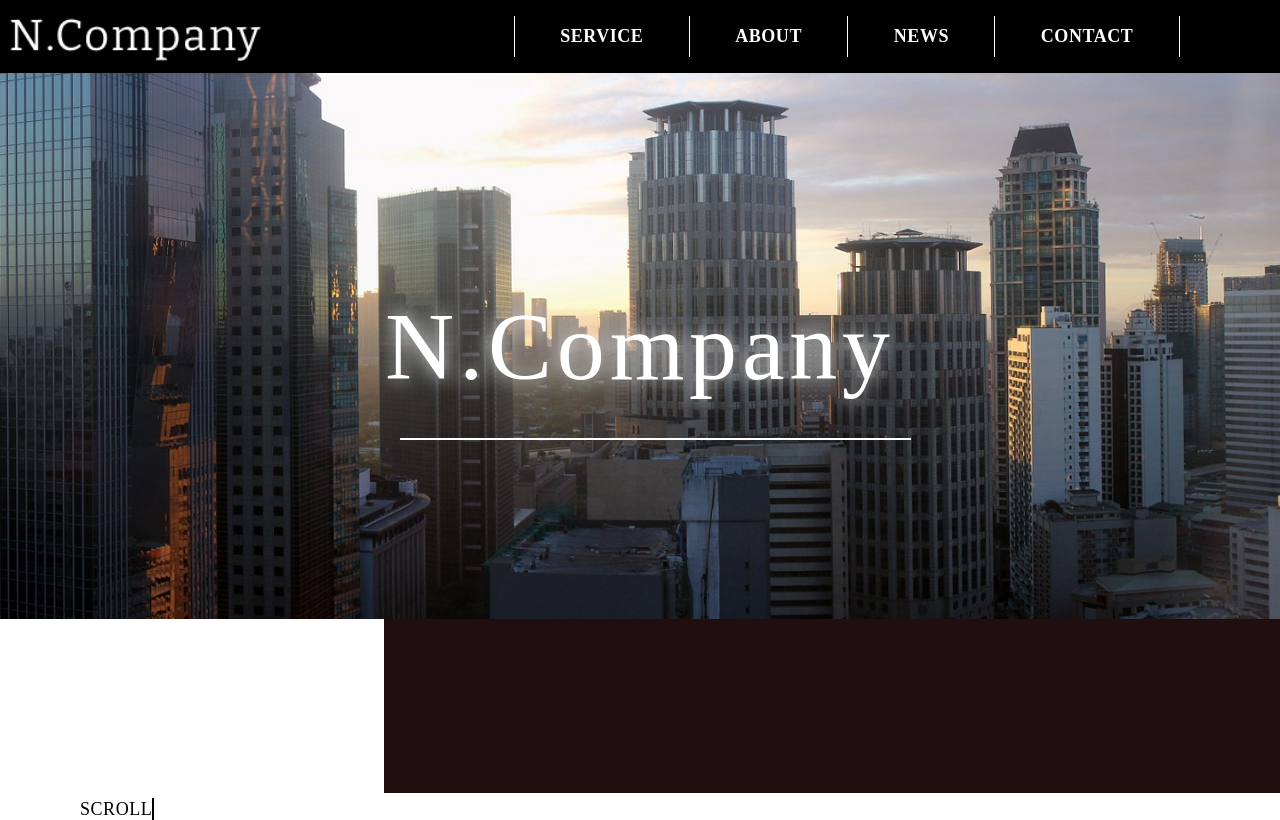
Repository: nozomi-23/hp2_test
Page: index.html
An editor plug-in stored every save of this project. The page is shown before and after the next save, followed by the edit.
The browser window is 1280 px wide. The pictures show the whole page.
Some web fonts or font styles are not loaded; a fallback is used.

Above is the page before, as saved 2022-06-24 17:02:22.

### index.html
<!DOCTYPE html>
<html lang="ja">
<head>
  <meta charset="UTF-8">
  <title>コンサル事業 N.Company</title>
  <meta name="description" content="専門知識豊富なコンサルタントチームがあらゆる経営課題を解決に導きます。">
  <meta name="keywords" content="コンサル,経営改善,サポート">
  <meta name="viewport" content="width=device-width, initial-scale=1.0">
  <meta property="og:title" content="コンサル事業 N.Company">
  <meta property="og:type" content="article">
  <meta property="og:url" content="https://withcode-plus.tech">
  <meta property="og:image" content="img/logo.png">
  <meta property="og:description" content="専門知識豊富なコンサルタントチームがあらゆる経営課題を解決に導きます。">
  <meta property="og:site_name" content="コンサル事業">
  <link rel="icon" href="favicon.ico">
  <link rel="apple-touch-icon" sizes="180x180" href="img/logo.png">
  <link rel="preconnect" href="https://fonts.googleapis.com">
  <link rel="preconnect" href="https://fonts.gstatic.com" crossorigin>
  <link rel="preconnect" href="https://fonts.googleapis.com">
  <link rel="preconnect" href="https://fonts.gstatic.com" crossorigin>
  <link rel="preconnect" href="https://fonts.googleapis.com">
  <link rel="preconnect" href="https://fonts.gstatic.com" crossorigin>
  <link href="https://fonts.googleapis.com/css2?family=Bitter:wght@300;400&display=swap" rel="stylesheet">
  <link href="https://fonts.googleapis.com/css2?family=Noto+Serif+JP:wght@400;500;700&display=swap" rel="stylesheet">
  <link rel="stylesheet" type="text/css" href="css/reset.css">
  <link rel="stylesheet" type="text/css" href="css/common1.css">
  <link rel="stylesheet" type="text/css" href="css/index.css">
</head>
<body>
  <!-- ======== header ===== -->
  <header>
    <div class="header_inner">
      <h1 class="header_logo">
        <a href="#"><img src="img/logo.png" alt="ロゴ画像"></a>
      </h1>
      <nav class="header_nav">
        <ul>
          <li>
            <a href="html/service.html">SERVICE</a>
          </li>
          <li>
            <a href="html/about.html">ABOUT</a>
          </li>
          <li>
            <a href="html/news.html">NEWS</a>
          </li>
          <li>
            <a href="html/contact.html">CONTACT</a>
          </li>
        </ul>
      </nav>
    </div>
    <div class="drawer"></div>
  </header>

  <main>
    <!-- ======== fv ===== -->

    <section class="first_view_wrapper">
      <div class="first_view">
        <div class="bg_img_wrapper">
          <h2 class="top_ttl">N.Company</h2>
          <img src="img/fv_img.png" alt="ファーストビュー画像">
        </div>
      </div>
      <div class="fv_txt_wrapper">
        <span class="top_arrow">SCROLL</span>
        <span class="arrow_border"></span>
      </div>
    </section>
  </main>
</body>
</html>

### css/reset.css
@charset "UTF-8";

html,
body,
div,
span,
object,
iframe,
h1,
h2,
h3,
h4,
h5,
h6,
p,
blockquote,
pre,
abbr,
address,
cite,
code,
del,
dfn,
em,
img,
ins,
kbd,
q,
samp,
small,
strong,
sub,
sup,
var,
b,
i,
dl,
dt,
dd,
ol,
ul,
li,
fieldset,
form,
label,
legend,
table,
caption,
tbody,
tfoot,
thead,
tr,
th,
td,
article,
aside,
canvas,
details,
figcaption,
figure,
footer,
header,
hgroup,
menu,
nav,
section,
summary,
time,
mark,
audio,
video {
  margin: 0;
  padding: 0;
  border: 0;
  outline: 0;
  font-size: 100%;
  vertical-align: baseline;
  background: transparent;
}

body {
  line-height: 1;
}

article,
aside,
details,
figcaption,
figure,
footer,
header,
hgroup,
menu,
nav,
section {
  display: block;
}

nav ul {
  list-style: none;
}

blockquote,
q {
  quotes: none;
}

blockquote:before,
blockquote:after,
q:before,
q:after {
  content: '';
  content: none;
}

a {
  margin: 0;
  padding: 0;
  font-size: 100%;
  vertical-align: baseline;
  background: transparent;
}

/* change colours to suit your needs */
ins {
  background-color: #ff9;
  color: #000;
  text-decoration: none;
}

/* change colours to suit your needs */
mark {
  background-color: #ff9;
  color: #000;
  font-style: italic;
  font-weight: bold;
}

del {
  text-decoration: line-through;
}

abbr[title],
dfn[title] {
  border-bottom: 1px dotted;
  cursor: help;
}

table {
  border-collapse: collapse;
  border-spacing: 0;
}

/* change border colour to suit your needs */
hr {
  display: block;
  height: 1px;
  border: 0;
  border-top: 1px solid #cccccc;
  margin: 1em 0;
  padding: 0;
}

input,
select {
  vertical-align: middle;
}

### css/common1.css
@charset "UTF-8";

body {
  font-size: 18px;
  color: #000;
  letter-spacing: 0.03em;
  font-family: 'Noto Serif JP', serif;
}
li {
  list-style: none;
}
a {
  text-decoration: none;
  cursor: pointer;
}
/* =====================
共通レイアウト
========================*/
/* =====================
共通パーツ
========================*/
/* =====================
header
========================*/
header {
  background: #000;
}

.header_inner {
  display: flex;
  justify-content: space-between;
  align-items: center;
  padding: 0.7%;
}

.header_logo {
  width: 20%;
}
.header_logo img {
  width: 100%;
  height: 100%;
}

.header_nav {
  width: 60%;
  height: auto;
}

.header_nav ul {
  display: flex;
  align-items: center;
}

.header_nav ul li {
  padding: 1.5% 6%;
  border-left: solid 1px #fff;
}

.header_nav ul li:last-child {
  border-right: solid 1px #fff;
}

.header_nav ul li a {
  display: block;
  color: #fff;
  font-weight: bold;
}

.header_nav ul li a:hover {
  color: #AB9999;
}

header .drawer {
  visibility: hidden;
}

### css/index.css
@charset "UTF-8";

/* =====================
fv
========================*/
.first_view {
  position: relative;
}

.first_view::before {
  content: "";
  width: 70%;
  height: 100vh;
  background: #210E0E;
  display: block;
  position: absolute;
  top:0;
  right: 0;
}

.bg_img_wrapper {
  position: absolute;
  top: 0;
}

.bg_img_wrapper img {
  width: 100%;
  height: 100%;
}

.top_ttl {
  position: absolute;
  top: 50%;
  left: 50%;
  transform: translate(-50%, -50%);
  font-family: 'Bitter', serif;
  font-weight: 300;
  font-size: 6rem;
  color: #fff;
  text-shadow: 0px 0px 20px #FFFFFF;
  letter-spacing: 0.05em;
}
.top_ttl::after {
  content: "";
  bottom: -45px;
  left: 15px;
  display: block;
  width: 5.3em;
  border: solid 1px #fff;
  position: absolute;
  bottom: -45px;
  left: 15px;
}

.fv_txt_wrapper {
  position: absolute;
  top: 50rem;
  left: 5rem;
}

.top_arrow {

}

.arrow_border::before {
  content: "";
  width: 5rem;
  border: solid 1px;
}

After the next save:
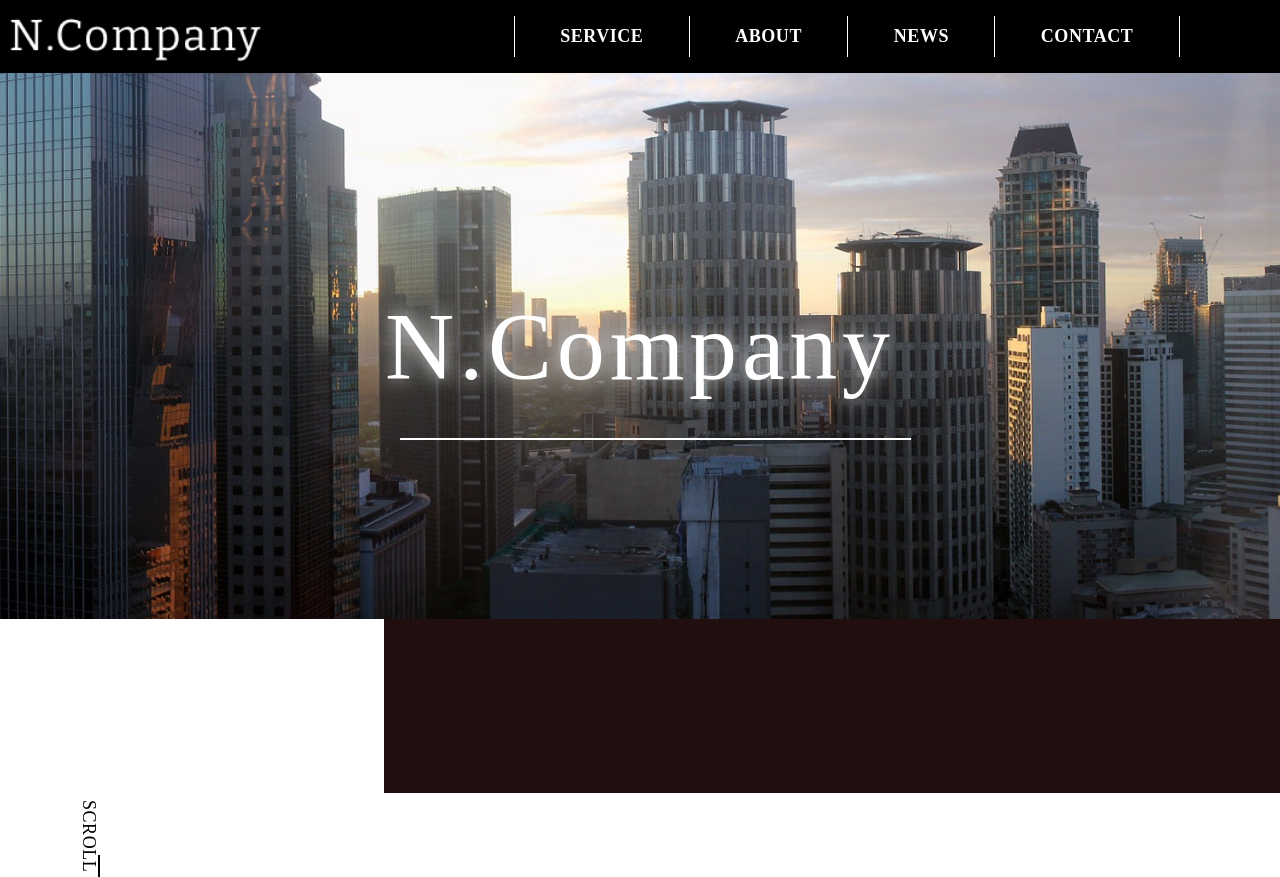
Saved 6 s later.
--- a/css/index.css
+++ b/css/index.css
@@ -59,7 +59,7 @@
 }
 
 .top_arrow {
-
+  writing-mode: vertical-rl;
 }
 
 .arrow_border::before {

After the 2 saves that followed:
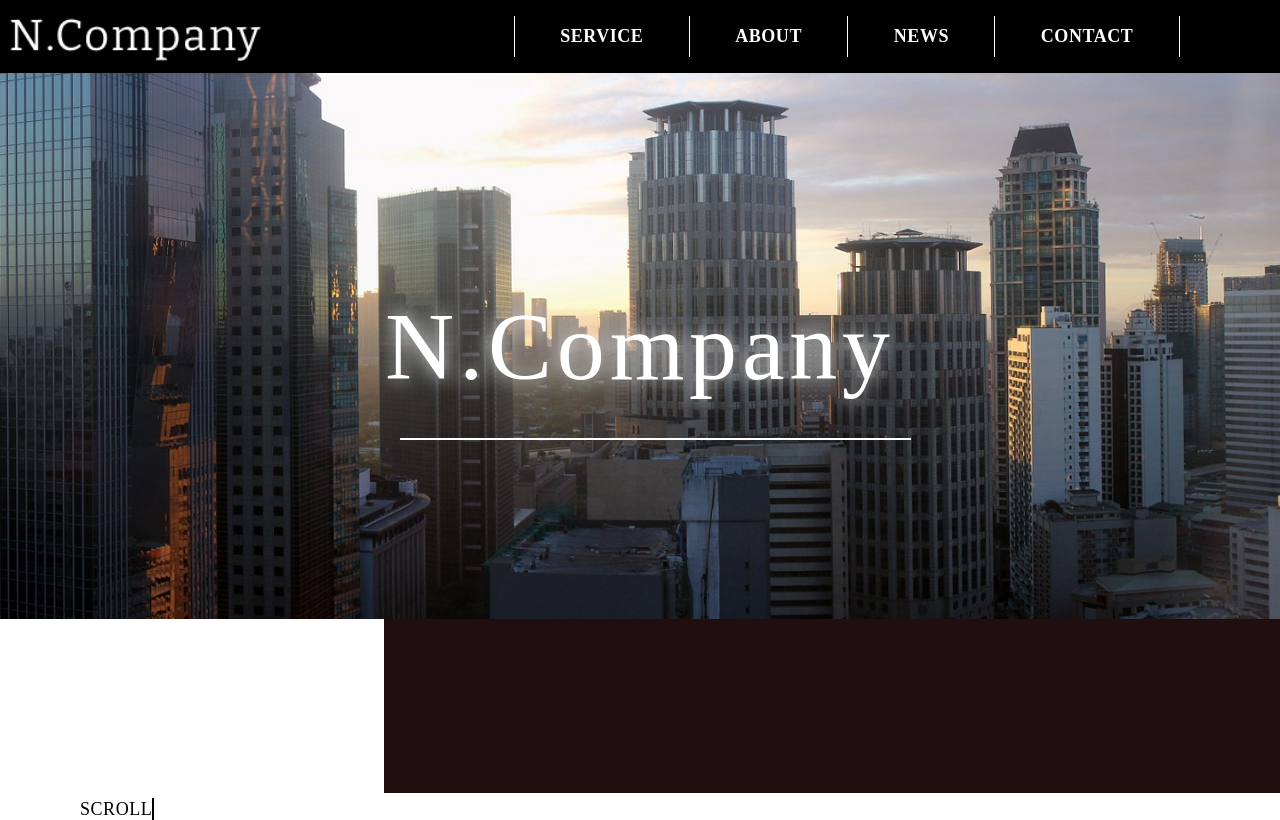
The 2 saves are shown as one change because 1 left the picture as it was.
The last was saved 5 min 10 s later.
--- a/css/index.css
+++ b/css/index.css
@@ -59,7 +59,7 @@
 }
 
 .top_arrow {
-  writing-mode: vertical-rl;
+transform: rotateX(180deg);
 }
 
 .arrow_border::before {
